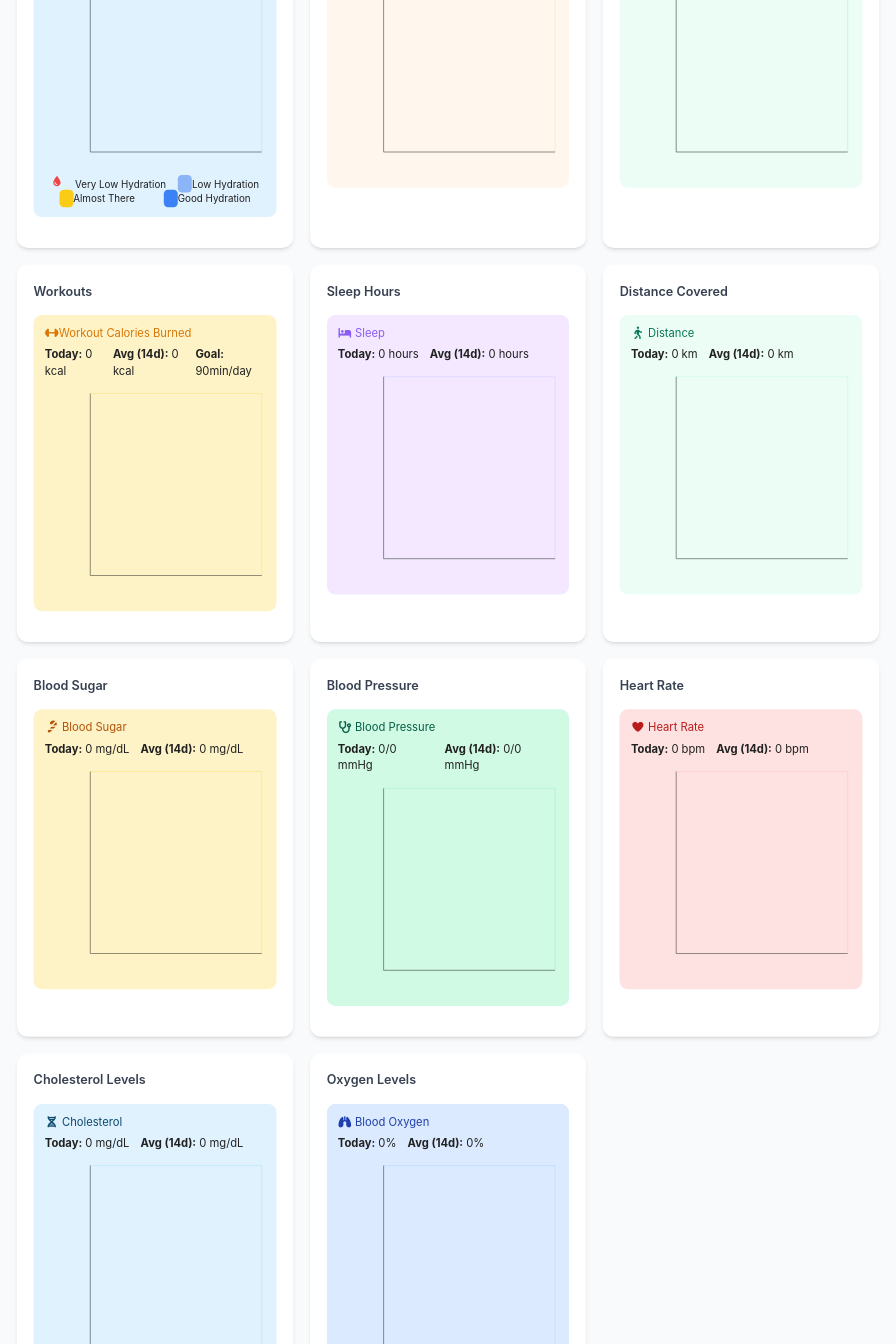
Repository: bhumikamourya/health-monitoring-application
Page: /dashboard (app in frontend/)
These files come from the project's save history. The page is drawn as it stood at one moment and after the next save; the edit follows.
The browser window is 1280 px wide. The pictures show the part of the page from y = 443 to 2363 px (the page is 2563 px tall before and 2589 px after), at 70% of full size.
The page's requests for data from a server got no answer. Some web libraries are served in a nearby version. The project was rebuilt for these pictures with package versions that can differ from the ones it lists, and the page was loaded fresh each time. No one was signed in, and anything a server would have sent is missing. Also part of the build but not shown: frontend/src/components/Home/particleBackground.js, frontend/src/components/Home/Component1.js, frontend/src/components/Home/Component2.js, frontend/src/components/Home/Component3.js, frontend/src/components/Home/Component4.js, frontend/src/components/Home/HomePage.js, frontend/src/components/Blog/Component1.js, frontend/src/components/Blog/Component2.js and 16 more.

Above is the page before, as saved 2025-10-14 19:06:04.

After the next save:
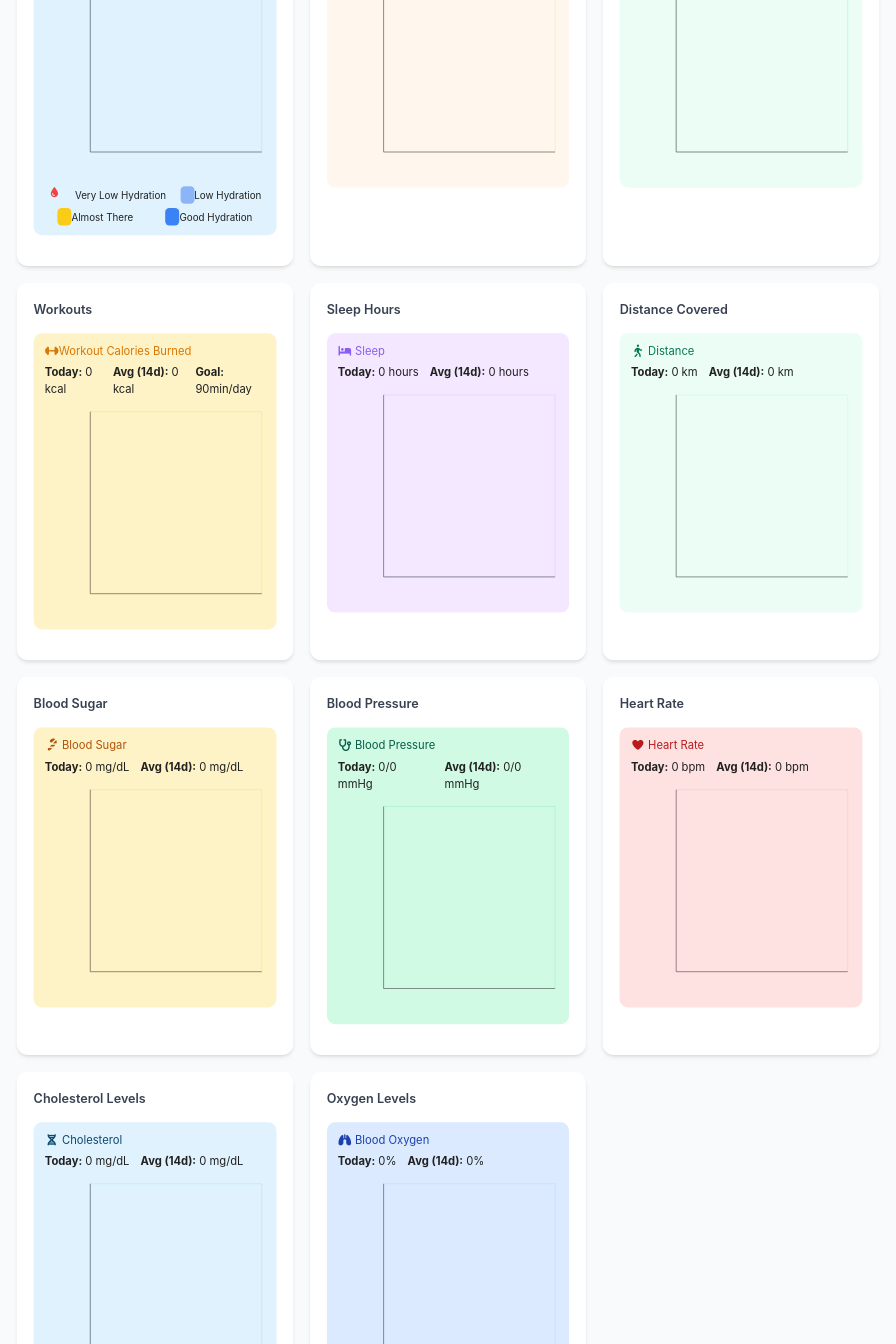
Saved 39 s later.
--- a/frontend/src/components/Charts/fitnessCharts.js
+++ b/frontend/src/components/Charts/fitnessCharts.js
@@ -59,9 +59,11 @@ function WaterChart({ days = 7, target = 8 }) {
       {/* 👇 Color Legend Section */}
       <div
         style={{
+           marginTop: 16,
           display: "flex",
           justifyContent: "space-around",
           flexWrap: "wrap",
+          gap: 10,
           fontSize: 14
         }}
       >
